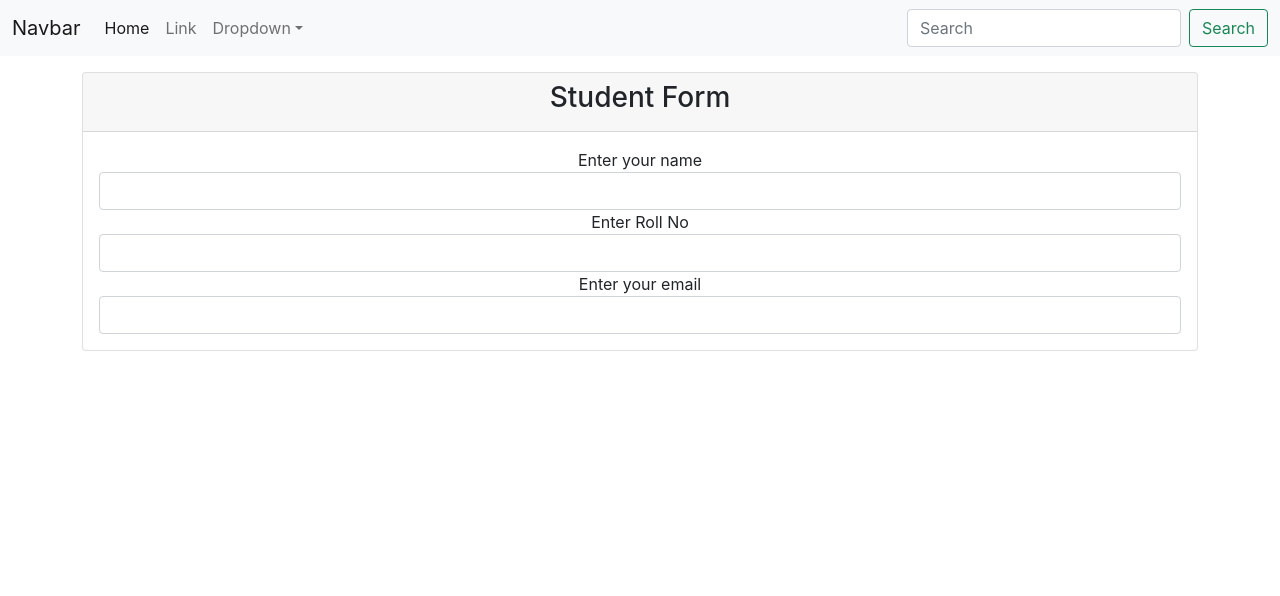
Repository: Ali0548/WebEducatorz-Batch6-7-9-10
Page: / (app in frontend/)
The author's editor kept a copy of each file at every save. The page is drawn from the files as they stood at one save, then again after the next save.
The browser window is 1280 px wide. The pictures show the whole page.
The project was rebuilt for these pictures with package versions that can differ from the ones it lists, and the page was loaded fresh each time.

Above is the page before, as saved 2023-11-26 16:43:31.

After the next save:
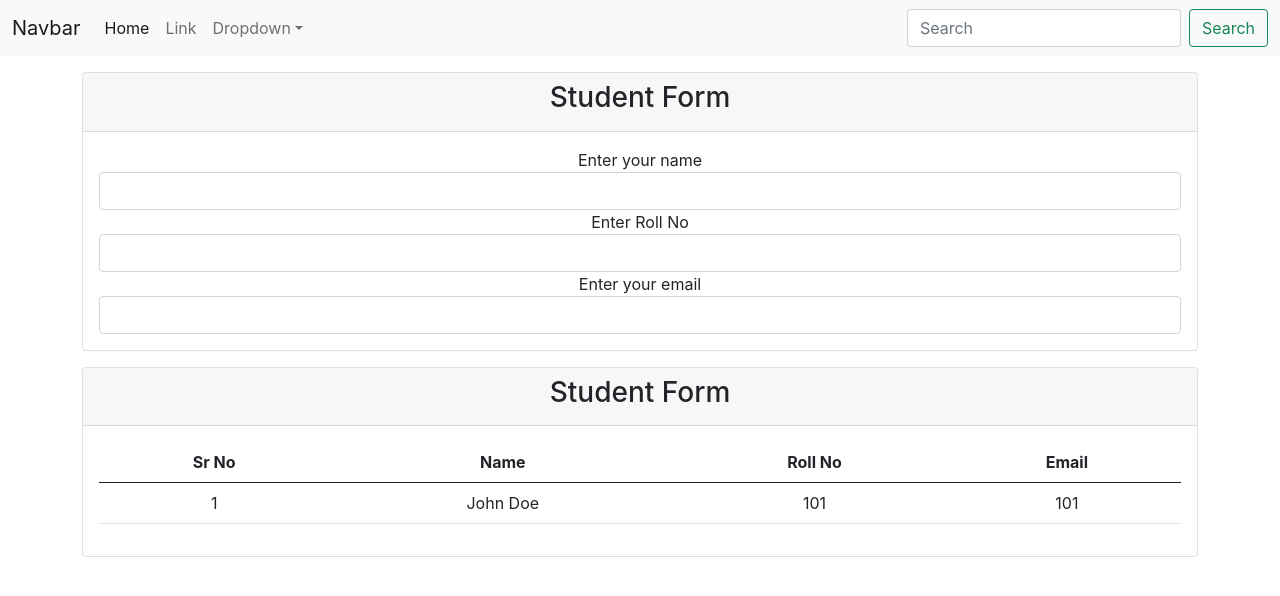
Saved 17 s later.
--- a/frontend/src/App.js
+++ b/frontend/src/App.js
@@ -2,12 +2,14 @@ import logo from './logo.svg';
 import './App.css';
 import Navbar from './components/Navbar';
 import StudentForm from './components/StudentForm';
+import ViewStudents from './components/ViewStudents';
 
 function App() {
   return (
     <div className="App">
       <Navbar />
       <StudentForm />
+      <ViewStudents />
     </div>
   );
 }
